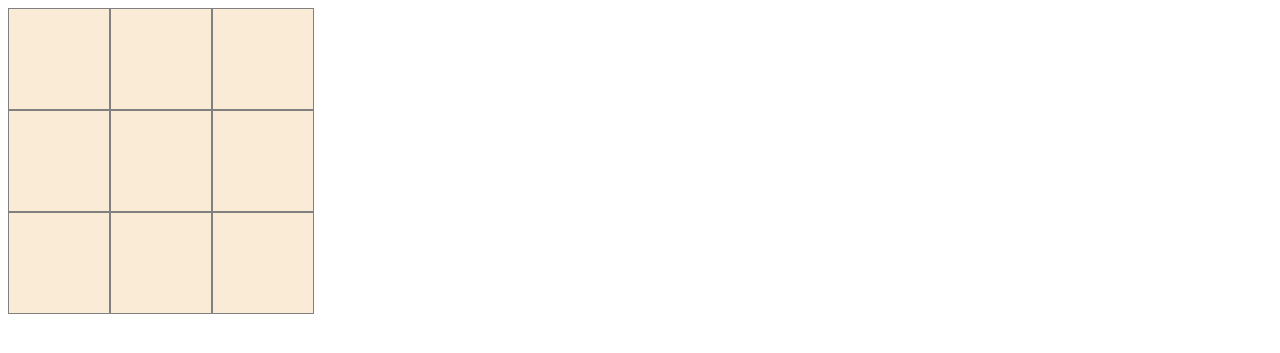
Repository: Wydumn/Frontend-02-Template
Page: week09/TicTacToe.html
These files come from the project's save history. The page is drawn as it stood at one moment and after the next save; the edit follows.
The browser window is 1280 px wide. The pictures show the whole page.

Above is the page before, as saved 2020-08-27 21:57:56.

After the next save:
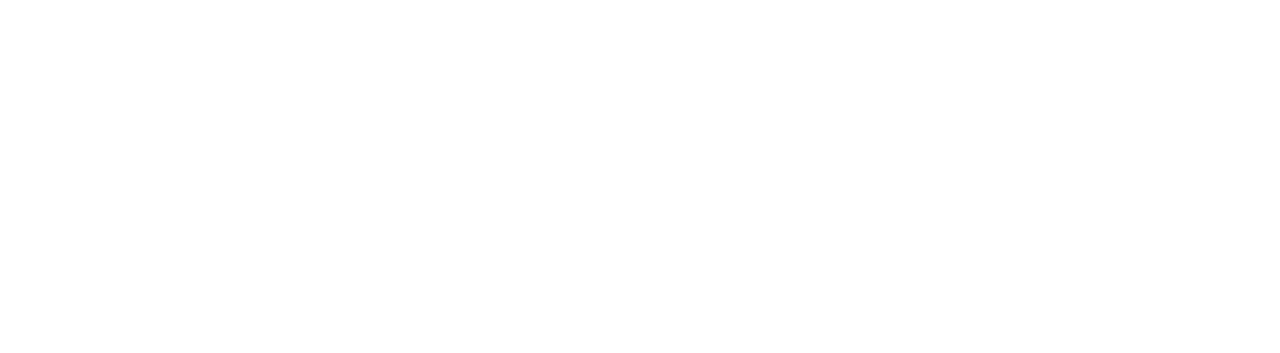
Saved 53 s later.
--- a/week09/TicTacToe.html
+++ b/week09/TicTacToe.html
@@ -25,9 +25,9 @@
     <script>
         // 1. 二维数组表示棋盘
         var pattern = [
-            [0, 2, 0],
-            [0, 1, 0],
-            [0, 0, 0]
+            0, 2, 0,
+            0, 1, 0,
+            0, 0, 0
         ]
 
         let color = 1;

After the save that followed:
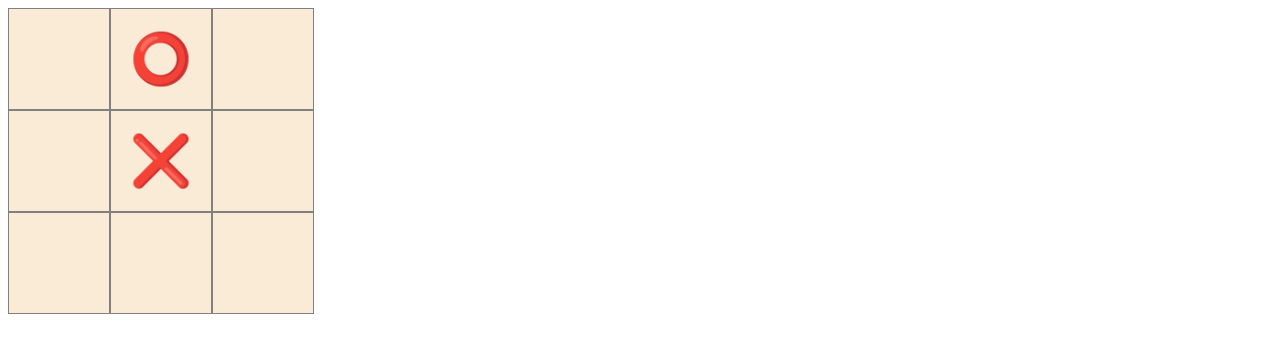
Saved 73 s later.
--- a/week09/TicTacToe.html
+++ b/week09/TicTacToe.html
@@ -36,8 +36,8 @@
             let board = document.getElementById("board");
             board.innerHTML = "";
             // 2. 画棋盘
-            for (let i = 0; i < pattern.length; i++) {
-                for (let j = 0; j < pattern[i].length; j++) {
+            for (let i = 0; i < 3; i++) {
+                for (let j = 0; j < 3; j++) {
                     let cell = document.createElement("div");
                     cell.classList.add("cell");
                     cell.innerText = pattern[i * 3 + j] == 1 ? "❌" :
